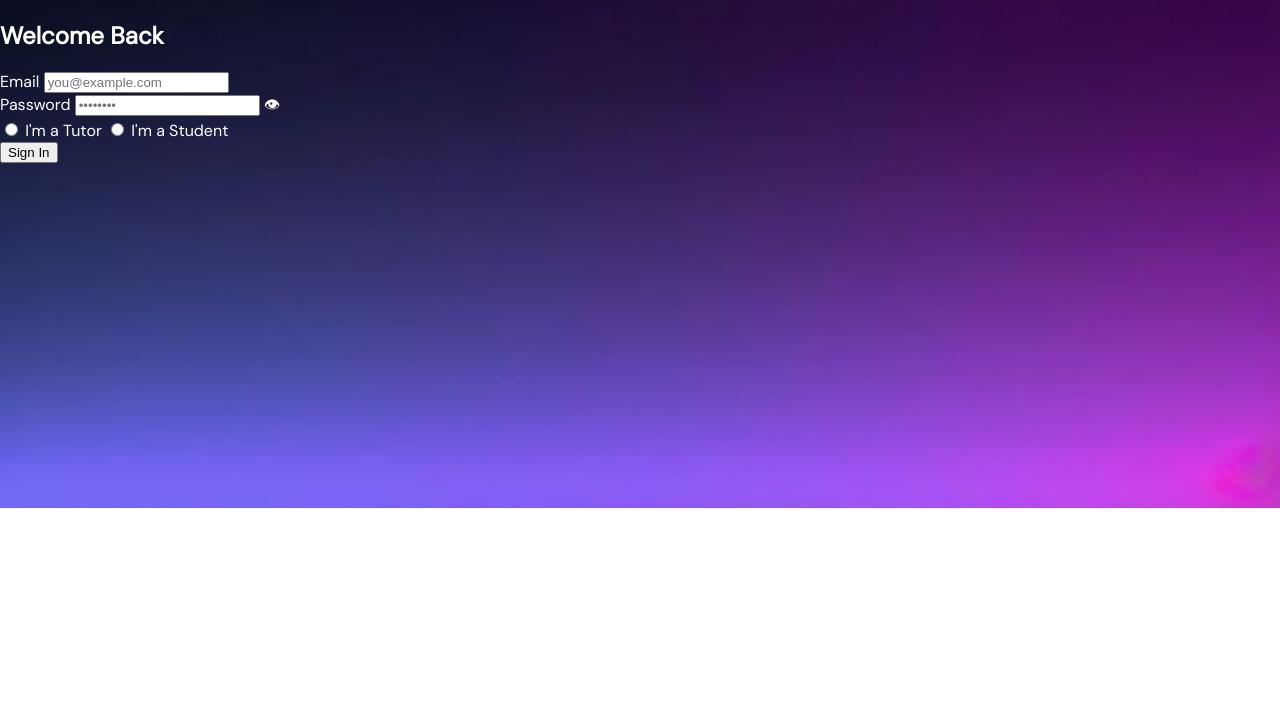
Repository: damndana/UIREN
Page: http://localhost/signin/
An editor plug-in stored every save of this project. The page is shown before and after the next save, followed by the edit.
The browser window is 1280 px wide. The pictures show the whole page.
The page is served by the project's application, run on Django 5.2 (manage.py). Other server files are loaded and not shown.

Above is the page before, as saved 2025-03-28 23:17:04.

### main/templates/signin.html

{% load static %}
<!DOCTYPE html>
<html lang="en">
<head>
  <meta charset="UTF-8">
  <title>Sign In</title>
  <link rel="stylesheet" href="{% static 'css/style.css' %}">
  <link href="https://fonts.googleapis.com/css2?family=DM+Sans&display=swap" rel="stylesheet">
</head>
<body class="signin-body" style="background: url('{% static 'animations/background.jpeg' %}') no-repeat center center; background-size: cover;">

  <div class="signin-container">
    <h2 class="signin-title">Welcome Back</h2>
    <form method="POST" class="signin-form">
      {% csrf_token %}

      <div class="input-group">
        <label for="email">Email</label>
        <input type="email" name="email" placeholder="you@example.com" required />
      </div>

      <div class="input-group password-group">
        <label for="password">Password</label>
        <input type="password" id="password-input" name="password" placeholder="••••••••" required />
        <span class="toggle-password" onclick="togglePassword()">👁</span>
      </div>

      <!-- ✅ Role selection INSIDE the form -->
      <div class="role-selection">
        <label><input type="radio" name="role" value="tutor" required /> I'm a Tutor</label>
        <label><input type="radio" name="role" value="student" /> I'm a Student</label>
      </div>

      <button type="submit" class="signin-btn">Sign In</button>
    </form>
  </div>

  <script>
    function togglePassword() {
      const input = document.getElementById("password-input");
      input.type = input.type === "password" ? "text" : "password";
    }
  </script>
</body>
</html>

### main/views.py
from django.shortcuts import render, redirect
from django.http import HttpResponse  # ← Add this!
from .models import UserProfile

def home(request):
    return render(request, 'home.html')

def courses(request):
    return render(request, 'courses.html')

def categories(request):
    return render(request, 'categories.html')

def about(request):
    return render(request, 'about.html')

def profile(request):
    return render(request, 'profile.html')

def signin(request):
    if request.method == "POST":
        email = request.POST.get("email")
        password = request.POST.get("password")
        role = request.POST.get("role")  # ✅ grab role here!

        if not (email and password and role):
            return HttpResponse("Missing fields", status=400)

        UserProfile.objects.create(email=email, password=password, role=role)
        return redirect("profile")  # or wherever you want to go

    return render(request, "signin.html")

def register_tutor(request):
    return render(request, 'register_tutor.html')

def register_student(request):
    return render(request, 'register_student.html')

### core/urls.py
from django.contrib import admin
from django.urls import path, include

urlpatterns = [
    path('admin/', admin.site.urls),
    path('', include('main.urls')),  # Connect main app routes
]

### main/urls.py
from django.urls import path
from . import views

urlpatterns = [
    path('', views.home, name='home'),
    path('courses/', views.courses, name='courses'),
    path('categories/', views.categories, name='categories'),
    path('about/', views.about, name='about'),
    path('profile/', views.profile, name='profile'),
    path('signin/', views.signin, name='signin'),
    path('signin/', views.signin, name='signin'),
    path('register/tutor/', views.register_tutor, name='register_tutor'),
    path('register/student/', views.register_student, name='register_student'),
]

### main/static/css/style.css
body {
    margin: 0;
    padding: 0;
    font-family: 'DM Sans', 'Raleway', 'Roboto Mono', 'Tektur', sans-serif;
    color: white;
    background: black;
  }

  #bg-video {
    position: fixed;
    top: 0;
    left: 0;
    width: 100%;
    height: 100%;
    object-fit: cover; /* Ensures the video covers the entire background */
    z-index: -1; /* Keeps the video behind all content */
}

  /* Navbar */
  .navbar {
    display: flex;
    justify-content: space-between;
    padding: 20px 40px;
    font-family: 'Raleway', sans-serif;
  }

  .navbar a {
    color: white;
    text-decoration: none;
    margin: 0 15px;
    position: relative;
  }

  .navbar a:hover {
    border-bottom: 2px solid transparent;
    border-image: linear-gradient(to right, #b14fff, #7f00ff);
    border-image-slice: 1;
  }

  .dropdown {
    position: relative;
    display: inline-block;
  }

  .dropbtn {
    background: none;
    border: none;
    color: white;
    font-family: 'Raleway';
    font-size: 16px;
    cursor: pointer;
  }

  .dropdown-content {
    display: none;
    position: absolute;
    background-color: #111;
    min-width: 120px;
    z-index: 1;
    border-radius: 8px;
    padding: 10px 0;
  }

  .dropdown-content a {
    color: white;
    padding: 8px 16px;
    text-decoration: none;
    display: block;
  }

  .dropdown-content a:hover {
    background: linear-gradient(to right, #b14fff, #7f00ff);
    color: white;
  }

  .dropdown:hover .dropdown-content {
    display: block;
  }

  /* Hero Section */
  .hero-content {
    text-align: center;
    margin-top: 120px;
    z-index: 10;
    position: relative;
  }

  .hero-title {
    font-family: 'Tektur', sans-serif;
    font-size: 3rem;
    font-weight: bold;
    color: rgb(135, 16, 214);
    margin-bottom: 20px;
    margin-top:-95px;
  }

  /* Filters */
  /* Filters */
.filter-buttons {
    margin-bottom: 20px;
}

.filter-buttons button {
    background-color: rgba(124, 50, 142, 0.2); /* Light purple background */
    border: none;
    color: rgb(148, 148, 216); /* Default text color */
    font-family: 'Roboto Mono', monospace; /* Set font to Roboto Mono */
    font-size: 1.1rem; /* Slightly larger font size */
    padding: 10px 20px; /* Adjust padding for better spacing */
    margin: 0 8px;
    border-radius: 10px;
    cursor: pointer;
    transition: all 0.3s ease;
}

.filter-buttons button:hover {
    background: linear-gradient(to right, #b14fff, #7f00ff); /* Gradient background on hover */
    color: white; /* Change text color to white on hover */
}

.filter-buttons button.selected {
    background: linear-gradient(to right, #b14fff, #7f00ff); /* Gradient background for selected */
    color: white; /* White text for selected */
    font-weight: bold; /* Optional: Make the selected button text bold */
}

  /* Search */
/* Search Wrapper */
.search-wrapper {
    display: flex;
    justify-content: center;
    align-items: center;
    margin-top: 20px;
    margin-bottom: 50px;
    gap: 12px; /* Space between input and icon */
}

/* Input Field */
.search-wrapper input {
    background-color: rgba(255, 255, 255, 0.8); /* Purple background */
    color: rgb(20, 1, 1); /* White text for better contrast */
    font-family: monospace;
    border-radius: 9999px; /* Fully rounded */
    padding: 0.5rem 1.5rem; /* Larger padding for a bigger input */
    outline: none;
    border: 1px solid rgba(148, 112, 214, 0.8); /* Purple border */
    box-shadow: 0 0 25px rgba(148, 112, 214, 0.8); /* Intense purple glow */
    transition: all 0.3s ease;
    font-size: 1.2rem; /* Larger font size */
    width: 300px; /* Adjust width as needed */
}

.search-wrapper input:focus {
    border-color: rgba(148, 112, 214, 1); /* Stronger purple border on focus */
    box-shadow: 0 0 35px rgba(148, 112, 214, 1); /* Stronger glow on focus */
}

/* Search Icon */
/* Search Icon */
.search-wrapper span {
    background-color: rgb(255, 251, 251); /* Purple background */
    border-radius: 50%; /* Make it circular */
    width: 50px; /* Increase size of the circle */
    height: 50px; /* Increase size of the circle */
    display: flex;
    justify-content: center;
    align-items: center;
    box-shadow: 0 0 25px rgba(148, 112, 214, 0.8); /* Intense purple glow */
    cursor: pointer;
    transition: all 0.3s ease;
}

/* Image Inside Search Icon */
.search-wrapper span img {
    width: 30px; /* Increase size of the image */
    height: 30px; /* Increase size of the image */
    object-fit: contain; /* Ensure the image fits inside */
    transform: rotate(-45deg); /* Rotate the image by 45 degrees */
    transition: all 0.3s ease;
}

/* Hover Effect for Search Icon */
.search-wrapper span:hover {
    box-shadow: 0 0 35px rgba(148, 112, 214, 1); /* Stronger glow on hover */
    transform: scale(1.1); /* Slight zoom effect */
}


  /* Carousel */
/* Remove the slide animation */
/* Carousel */
/* Carousel */
/* Carousel Wrapper */
.carousel-wrapper {
    margin-top: 50px; /* Move the carousel lower */
}

/* Carousel */
.carousel {
    display: flex; /* Align items in a row */
    flex-direction: row; /* Ensure horizontal layout */
    gap: 20px; /* Space between cards */
    padding: 20px;
    overflow-x: hidden; /* Hide the horizontal scrollbar */
    overflow-y: hidden; /* Hide the vertical scrollbar */
    scroll-behavior: auto; /* Disable smooth scrolling for manual control */
    white-space: nowrap; /* Prevent wrapping of items */
}

/* Card */
.card {
    flex: 0 0 auto; /* Prevent cards from shrinking or growing */
    width: 260px; /* Increase width for larger images */
    height: 350px; /* Increase height to fit larger images and text */
    text-align: center; /* Center-align the text */
    color: white; /* Ensure text is visible */
    background-color: transparent; /* Remove background */
    border-radius: 10px; /* Optional: Add rounded corners */
    padding: 15px; /* Add padding inside the card */
    box-shadow: none; /* Remove shadow */
    display: flex;
    flex-direction: column; /* Stack content vertically */
    justify-content: space-between; /* Space out the animation and text */
}

/* Lottie Player Inside Card */
.card lottie-player {
    width: 220px; /* Increase the width of the animation */
    height: 220px; /* Increase the height of the animation */
    margin: 0 auto; /* Center the animation inside the card */
}

/* Card Text */
.card p {
    margin-top: -10px; /* Add space between the animation and text */
    font-size: 1.2rem; /* Increase font size */
    color: white; /* Ensure text is visible */
    line-height: 6; /* Adjust line height for better readability */
}

.carousel-container {
  overflow-x: auto;
  scroll-snap-type: x mandatory;
  -webkit-overflow-scrolling: touch;
  display: flex;
  justify-content: center;
  margin-top: 40px;
}

.carousel-track {
  display: flex;
  gap: 24px;
  padding: 20px;
}

.carousel-card {
  flex: 0 0 auto;
  width: 220px;
  height: 280px;
  background: rgba(255, 255, 255, 0.1);
  backdrop-filter: blur(6px);
  border-radius: 20px;
  color: white;
  text-align: center;
  font-family: 'Tektur', sans-serif;
  font-size: 1.2rem;
  display: flex;
  align-items: center;
  justify-content: center;
  scroll-snap-align: center;
  transition: transform 0.3s ease;
}

.carousel-card.active {
  transform: scale(1.15);
  border: 2px solid #9333ea;
}

/* ==== COURSES PAGE STYLES START ==== */

/* Sidebar and layout */



  .sidebar-item {
    display: flex;
    align-items: center;
    gap: 10px;
    font-size: 15px;
    cursor: pointer;
  }

  .icon {
    width: 20px;
    height: 20px;
  }

  /* Search bar */
/* Search group override */
.group {
    display: flex;
    line-height: 28px;
    align-items: center;
    position: relative;
    max-width: 190px;
    margin: 30px auto;
  }

  .input {
    font-family: "Montserrat", sans-serif;
    width: 100%;
    height: 45px;
    padding-left: 2.5rem;
    box-shadow: 0 0 0 1.5px #2b2c37, 0 0 25px -17px #000;
    border: 0;
    border-radius: 12px;
    background-color: #16171d;
    outline: none;
    color: #bdbecb;
    transition: all 0.25s cubic-bezier(0.19, 1, 0.22, 1);
    cursor: text;
    z-index: 0;
  }

  .input::placeholder {
    color: #bdbecb;
  }

  .input:hover {
    box-shadow: 0 0 0 2.5px #2f303d, 0px 0px 25px -15px #000;
  }

  .input:active {
    transform: scale(0.95);
  }

  .input:focus {
    box-shadow: 0 0 0 2.5px #2f303d;
  }

  .search-icon {
    position: absolute;
    left: 1rem;
    fill: #bdbecb;
    width: 1rem;
    height: 1rem;
    pointer-events: none;
    z-index: 1;
  }

  /* Remove scrollbar from carousel */
  .carousel-wrapper::-webkit-scrollbar {
    display: none;
  }
  .carousel-wrapper {
    -ms-overflow-style: none;  /* IE and Edge */
    scrollbar-width: none;     /* Firefox */
  }

/* === COURSES PAGE FIX === */
.courses-body {
  display: flex;
  font-family: 'DM Sans', sans-serif;
  color: white;
  margin: 0;
  padding: 0;
  height: 100vh; /* Full viewport height */
  overflow: hidden;
}

  .sidebar {
    width: 200px;
    background: transparent;
    padding: 30px 20px;
    display: flex;
    flex-direction: column;
    gap: 30px;
    border-right: 1px solid rgba(255,255,255,0.1);
  }

  .main-content {
    flex: 1;
    display: flex;
    flex-direction: column;
    padding: 30px 40px;
    overflow-y: auto;
  }

  .section-title {
    font-family: 'Tektur', sans-serif;
    font-size: 1.8rem;
    margin-bottom: 20px;
  }

  .group {
    display: flex;
    align-items: center;
    position: relative;
    max-width: 300px;
  }

  .input {
    font-family: "Montserrat", sans-serif;
    width: 100%;
    height: 45px;
    padding-left: 2.5rem;
    border-radius: 12px;
    background-color: #16171d;
    color: #bdbecb;
    border: none;
    box-shadow: 0 0 0 1.5px #2b2c37, 0 0 25px -17px #000;
  }

  .input::placeholder {
    color: #bdbecb;
  }

  .search-icon {
    position: absolute;
    left: 0.8rem;
    width: 1rem;
    height: 1rem;
    fill: #bdbecb;
    pointer-events: none;
  }

 /* Scoped Carousel Styles for Courses Page */
/* Course Item Wrapper */
.courses-body .course-item {
  display: flex;
  flex-direction: column; /* Stack the card and title vertically */
  align-items: center; /* Center-align the card and title */
  width: 240px; /* Match the width of the card */
  scroll-snap-align: center; /* Ensure snapping works for each item */
}

/* Card */
.courses-body .card {
  flex: 0 0 auto;
  width: 240px;
  height: 240px; /* Adjust height to fit only the image */
  border-radius: 20px;
  overflow: hidden;
  background: rgba(255, 255, 255, 0.05);
  backdrop-filter: blur(8px);
  transition: transform 0.4s ease;
  display: flex;
  justify-content: center;
  align-items: center;
}

.courses-body .card img {
  width: 100%;
  height: 100%;
  object-fit: cover;
  border-radius: 20px;
}

/* Course Title */
.courses-body .course-title {
  margin-top: 10px; /* Add space between the image and the title */
  font-family: 'Tektur', sans-serif;
  font-size: 1rem;
  color: white;
  text-align: center;
  width: 240px; /* Match the width of the card */
}
.courses-body .card p {
  font-family: 'DM Sans', sans-serif;
  font-size: 1rem;
  color: white;
  margin: 0;
  padding: 0;
  line-height: 1.4;
  text-align: center;
}

.courses-body .carousel {
  display: flex;
  gap: 24px;
  padding: 20px;
  scroll-behavior: smooth;
}


.icon-img {
  width: 20px;
  height: 20px;
  filter: brightness(1.5);
}

.sidebar-icon {
  display: flex;
  align-items: center;
  gap: 12px;
  padding: 8px 14px;
  margin-bottom: 10px;
  background: rgba(255, 255, 255, 0.08);
  border-radius: 12px;
  transition: all 0.3s ease;
}

.sidebar-icon:hover {
  background: rgba(255, 255, 255, 0.18);
  transform: scale(1.03);
  cursor: pointer;
}

.carousel-body .card {
  flex: 0 0 auto;
  width: 220px;
  height: 300px;
  background: rgba(255, 255, 255, 0.08);
  border-radius: 20px;
  display: flex;
  flex-direction: column;
  justify-content: flex-start;
  align-items: center;
  padding: 12px;
  font-family: 'DM Sans', sans-serif;
  transition: transform 0.3s ease, box-shadow 0.3s ease;
  scroll-snap-align: center;
}

.carousel-body .card img {
  width: 100%;
  height: 200px;
  border-radius: 16px;
  object-fit: cover;
}

.carousel-body .card p {
  font-family: 'DM Sans', sans-serif;
  margin-top: 12px;
  font-size: 0.95rem;
  color: white;
  text-align: center;
}

.carousel-body .card:hover {
  transform: scale(1.07);
  box-shadow: 0 12px 30px rgba(255, 255, 255, 0.1);
}

.sidebar {
  width: 200px;
  background: rgba(255, 255, 255, 0.07); /* Brighter glassy effect */
  backdrop-filter: blur(12px);
  padding: 30px 20px;
  display: flex;
  flex-direction: column;
  gap: 30px;
  border-right: 1px solid rgba(255,255,255,0.15);
  box-shadow: 4px 0 20px rgba(148, 112, 214, 0.15); /* optional glow */
  border-radius: 0 20px 20px 0; /* curved right side */
}
.home .card {
  width: 220px;
  height: 320px;
  flex: 0 0 auto;
  border-radius: 20px;
  background: rgba(255,255,255,0.08);
  padding: 16px;
  text-align: center;
  transition: transform 0.3s ease;
}

.home .card lottie-player {
  width: 180px;
  height: 180px;
  margin: auto;
}

.home .card p {
  margin-top: 12px;
  font-family: 'DM Sans', sans-serif;
  font-size: 1rem;
}
/* Card Hover Effect */
/* === SIGNIN PAGE (ISOLATED) === */
.signin-page-body {
  display: flex;
  align-items: center;
  justify-content: center;
  min-height: 100vh;
  background: linear-gradient(to bottom right, #000428, #004e92); /* Example gradient */
  font-family: 'DM Sans', sans-serif;
  padding: 40px;
  overflow: hidden;
}

.signin-page-container {
  background: rgba(255, 255, 255, 0.05);
  backdrop-filter: blur(14px);
  border-radius: 20px;
  padding: 40px 30px;
  width: 400px;
  box-shadow: 0 0 35px rgba(148, 112, 214, 0.4);
  text-align: center;
}

.signin-page-title {
  color: white;
  font-family: 'Tektur', sans-serif;
  font-size: 2rem;
  margin-bottom: 30px;
}

.signin-page-form .input-group {
  margin-bottom: 20px;
  text-align: left;
}

.signin-page-form .input-group label {
  display: block;
  color: white;
  font-size: 0.9rem;
  margin-bottom: 8px;
}

.signin-page-form .input-group input {
  width: 100%;
  padding: 12px 16px;
  border: none;
  border-radius: 12px;
  background: #16171d;
  color: #fff;
  font-size: 1rem;
  box-shadow: 0 0 0 2px rgba(124, 50, 142, 0.3);
  outline: none;
}

.signin-page-form .input-group input:focus {
  box-shadow: 0 0 0 2px #7f00ff;
}

.signin-page-form .password-group {
  position: relative;
}

.signin-page-form .toggle-password {
  position: absolute;
  right: 16px;
  top: 38px;
  color: #aaa;
  cursor: pointer;
}

.signin-page-btn {
  background: linear-gradient(to right, #b14fff, #7f00ff);
  border: none;
  color: white;
  font-size: 1.1rem;
  padding: 12px 0;
  width: 100%;
  border-radius: 12px;
  cursor: pointer;
  transition: transform 0.2s ease, box-shadow 0.3s ease;
}

.signin-page-btn:hover {
  transform: scale(1.03);
  box-shadow: 0 0 12px #7f00ff;
}

.signin-page-alt {
  color: white;
  font-size: 0.85rem;
  margin-top: 20px;
}

.signin-page-alt a {
  color: #b14fff;
  text-decoration: none;
}

.signin-role-radio {
  margin-top: 10px;
  display: flex;
  justify-content: center;
  gap: 20px;
}

.signin-role-radio label {
  color: white;
  font-size: 0.95rem;
  display: flex;
  align-items: center;
  gap: 8px;
}

After the next save:
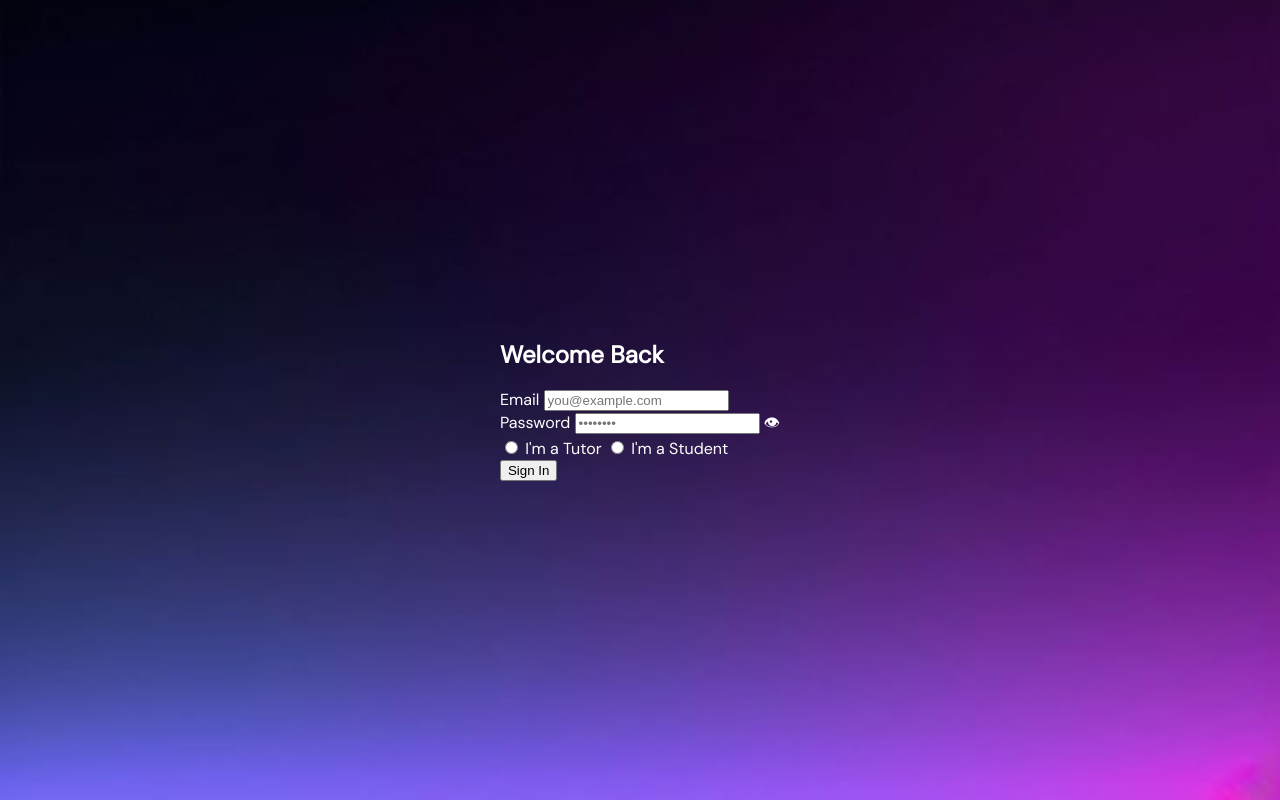
Saved 39 s later.
--- a/main/templates/signin.html
+++ b/main/templates/signin.html
@@ -8,7 +8,7 @@
   <link rel="stylesheet" href="{% static 'css/style.css' %}">
   <link href="https://fonts.googleapis.com/css2?family=DM+Sans&display=swap" rel="stylesheet">
 </head>
-<body class="signin-body" style="background: url('{% static 'animations/background.jpeg' %}') no-repeat center center; background-size: cover;">
+<body class="signin-page-body" style="background: url('{% static 'animations/background.jpeg' %}') no-repeat center center; background-size: cover;">
 
   <div class="signin-container">
     <h2 class="signin-title">Welcome Back</h2>
